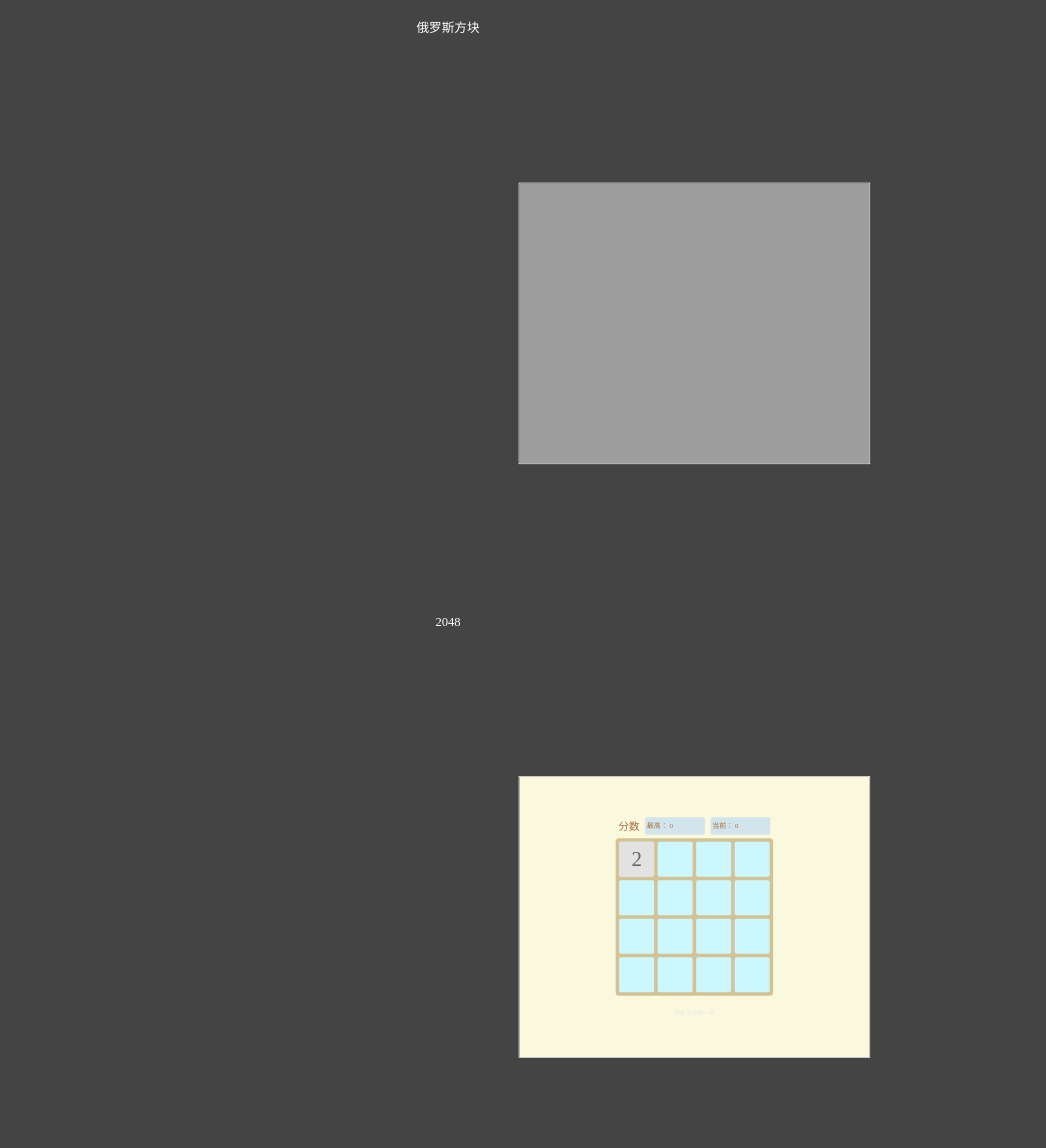
Repository: yangtengxiang/get_test
Page: game/H5/index.html
An editor plug-in stored every save of this project. The page is shown before and after the next save, followed by the edit.
The browser window is 1280 px wide. The page is 1494 px wide, then 1280 px, so the pictures cover 1494 px, including what lies to the right of the window. The pictures show the part of the page from y = 0 to 1640 px (the page is 4280 px tall), at 70% of full size.
Pictures or frames that could not be fetched are drawn as grey boxes.

Above is the page before, as saved 2020-04-29 17:43:52.

### game/H5/index.html
<!DOCTYPE html>
<html lang="zh-CN">
	<head>
		<meta name="renderer" content="webkit" />
		<meta http-equiv="Content-Type" content="text/html; charset=utf-8" />
		<meta http-equiv="X-UA-Compatible" content="IE=edge,chrome=1" />
		<meta name="viewport" content="width=device-width, initial-scale=1.0, maximum-scale=1.0, minimum-scale=1.0, user-scalable=no" />
		<meta charset="UTF-8" />
		<title>新页面</title>
		<style>
			body {
				background: #444;
			}
			.link-box {
				width: 300px;
				margin: 20px auto;
			}
			.link-box a {
				display: block;
				line-height: 40px;
				font-size: 18px;
				color: #fff;
				text-decoration: none;
				text-align: center;
			}
			.link-box a:hover {
				background: #333;
			}
			iframe {
				width: 1000px;
				height: 800px;
				border: 2px solid #fff;
				transform: scale(0.5);
			}
		</style>
	</head>
	<body>
		<div class="link-box">
			<div class="item">
				<a href="elsfk.html">俄罗斯方块</a>
				<iframe src="./elsfk.html" frameborder="0"></iframe>
			</div>
			<div class="item">
				<a href="2048.html">2048</a>
				<iframe src="./2048.html" frameborder="0"></iframe>
			</div>
			<div class="item">
				<a href="tanchishe.html">贪吃蛇</a>
				<iframe src="./tanchishe.html" frameborder="0"></iframe>
			</div>
			<div class="item">
				<a href="Sudoku_1.1.min.html">数独</a>
				<iframe src="./Sudoku_1.1.min.html" frameborder="0"></iframe>
			</div>

			<div class="item">
				<a href="Sudoku_1.1.html">数独 未压缩</a>
				<iframe src="./Sudoku_1.1.html" frameborder="0"></iframe>
			</div>
		</div>
	</body>
</html>

### game/H5/2048.html
<!DOCTYPE html>
<html  ondblclick="GamesStart()">

	<head>
		<meta charset="UTF-8">
		<title></title>
		<!--<link rel="stylesheet" type="text/css" href="css/temp.css" />-->
		<script type="text/javascript">
			var Game = true;
			function move(direction) {
				var container = document.querySelector(".container");
				var item = container.children;
				var wz = [];
				var fx, fx_reverse;
				var end;
				for(var i = 0; i < item.length; i++) {
					var obj = function() { var col; var row; var obj; }
					wz[i] = obj; wz[i]["row"] = item[i].getAttribute("row"); wz[i]["col"] = item[i].getAttribute("col"); wz[i]["obj"] = item[i];
				}
				if(direction == "top") { fx = "col"; end = false; }
				if(direction == "bottom") { fx = "col"; end = true; }
				if(direction == "left") { fx = "row"; end = false; }
				if(direction == "right") { fx = "row"; end = true; }
				fx_reverse = "row"; if(fx == "row") { fx_reverse = "col"; }
				var _return = true;
				for(var times = 1; times <= 4; times++) {
					var arr = [];
					for(var o = 0; o < wz.length; o++) { if(wz[o][fx_reverse] == times) { arr.push(wz[o]); } }
					var ky = 1; if(end) ky = 4;
					function pd(end, p) {
						if(end) { if(p > 0) return true; return false; }
						else { if(p <= 4) return true; return false; }
					}
					var i_previous = -1;
					for(var p = ky; pd(end, p); end ? (p--) : (p++)) {
						for(var i = 0; i < arr.length; i++) {
							if(arr[i][fx] == p) {
								if(arr[i_previous] == undefined) ;
								else if(arr[i].obj.innerText == arr[i_previous].obj.innerText) {
									end ? (ky++) : (ky--);
									arr[i].obj.innerText = parseInt(arr[i].obj.innerText) * 2;
									arr[i_previous].obj.remove();
									_return = false;
									if(fx == "row") { arr[i].obj.style.left = ky * 110 - 100 + "px"; arr[i].obj.setAttribute("row", ky); i_previous = i; }
									else { arr[i].obj.style.top = ky * 110 - 100 + "px"; arr[i].obj.setAttribute("col", ky); i_previous = i; }
									arr[i].obj.className = "lv_" + arr[i].obj.innerText/2;
									end ? (ky--) : (ky++);
									i_previous = undefined;
									IntegralUp(arr[i].obj.innerText);
									continue;
								}
								if(arr[i][fx] != ky) {
									_return = false;
									if(fx == "row") { arr[i].obj.style.left = ky * 110 - 100 + "px"; arr[i].obj.setAttribute("row", ky); }
									else { arr[i].obj.style.top = ky * 110 - 100 + "px"; arr[i].obj.setAttribute("col", ky); }
								}
								i_previous = i;
								end ? (ky--) : (ky++);
							}
						}
					}
				}
				if(_return) return;
				var div = document.createElement("div");
				var bool = true;
				while(bool) {
					div.setAttribute("col", parseInt(Math.random() * 4 + 1));
					div.setAttribute("row", parseInt(Math.random() * 4 + 1));
					bool = false;
					for(var i = 0; i < wz.length; i++) {
						if(div.getAttribute("row") == wz[i].obj.getAttribute("row") && div.getAttribute("col") == wz[i].obj.getAttribute("col")) { bool = true; break; }
					}
					if(!bool) break;
				}
				var ran=Math.random()+Math.random()+Math.random()+Math.random()+Math.random();
				ran*=0.2;
				div.innerText = parseInt( ran* 2 + 1)*2;
				document.querySelector(".container").appendChild(div);
				div.style.left = div.getAttribute("row") * 110 - 100 + "px";
				div.style.top = div.getAttribute("col") * 110 - 100 + "px";
				div.className = "lv_" + div.innerText/2;
				if(item.length >= 16) {
					var row = []; var col = [];
					for(var i = 1; i <= 4; i++) {
						row.push(getElementByAttr(item, "row", i));
						col.push(getElementByAttr(item, "col", i));
					}
					bool = true;
					for(var i = 1; i <= 4; i++) {
						var row = getElementByAttr(item, "row", i);
						var o_previous = getElementByAttr(row, "col", 1);
						for(var o = 2; o <= 4; o++) {
							var p = getElementByAttr(row, "col", o);
							if(o_previous[0].innerText == p[0].innerText) bool = false;
							o_previous = p;
						}
						var col = getElementByAttr(item, "col", i);
						var o_previous = getElementByAttr(col, "row", 1);
						for(var o = 2; o <= 4; o++) {
							var p = getElementByAttr(col, "row", o);
							if(o_previous[0].innerText == p[0].innerText) bool = false;
							o_previous = p;
						}
					}
					if(bool) GamesOver();
				}
			}

			function getElementByAttr(item, attr, value) {
				var aEle = [];
				for(var i = 0; i < item.length; i++) {
					if(item[i].getAttribute(attr) == value)
						aEle.push(item[i]);
				}
				return aEle;
			}
			function GamesOver() {
				Game = false;
				document.querySelector(".alert").style.display = "block";
				document.querySelector("h1").style.display = "block";
				document.querySelector("h1").innerText = document.querySelector(".cur span+span").innerText;
			}
			function GamesStart() {
				if(document.querySelectorAll(".container div").length==0){}
				else{ if(Game) return;}
				document.querySelector(".alert").style.display = "none";
				document.querySelector("h1").style.display = "none";
				var container = document.querySelector(".container");
				var divs = container.children;
				console.log(divs);
				for(var i = divs.length - 1; i >= 0; i--) {
					console.log(divs[i]);
					container.removeChild(divs[i]);

				}
				var f = document.querySelector(".Integral");
				var cur = f.children[2].children[1];
				cur.innerText = "0";
				var div = document.createElement("div");
				div.setAttribute("col", 1);
				div.setAttribute("row", 1);
				div.style.left = "10px";
				div.style.top = "10px";
				div.innerText = "2";
				div.className = "lv_1";
				container.appendChild(div);
				Game=true;
			}
			function IntegralUp(value) {
				value = parseInt(value);
				var f = document.querySelector(".Integral");
				var max = f.children[1].children[1];
				var cur = f.children[2].children[1];
				cur.innerText = parseInt(cur.innerText + "") + value;
				if(parseInt(cur.innerText) > parseInt(max.innerText)) max.innerText = cur.innerText;
			}
			function remove_lv(value) {
				var div = document.querySelectorAll(".lv_" + value);
				for(var i = div.length - 1; i >= 0; i--) {
					div[i].remove();
				}
			}
			function remove_XY(x, y) {
				var item = document.querySelectorAll(".container div");
				var row = getElementByAttr(item, "row", x);
				var col = getElementByAttr(row, "col", y);
				col.remove();
			}
			function remove_lv_2_4_8_16() {
				var div = document.querySelectorAll(".lv_1,.lv_2,.lv_4,.lv_8");
				for(var i = div.length - 1; i >= 1; i--) {
					div[i].remove();
				}
			}
			document.onkeydown=KeyEvent;
			function KeyEvent(e) {
				//console.log(e);
				if(e.shiftKey && e.code == "Delete") {
					remove_lv_2_4_8_16();
				}
				if(e.code == "Space") {
					GamesStart();
				}
				if(!Game) return;
				if(e.code == "ArrowUp") {
					move("top");
				}
				if(e.code == "ArrowDown") {
					move("bottom");
				}
				if(e.code == "ArrowLeft") {
					move("left");
				}
				if(e.code == "ArrowRight") {
					move("right");
				}

			}
		</script>
		<style type="text/css">
			*{ margin: 0; padding: 0; font-family: "微软雅黑"; list-style: none;  }
			body{overflow: hidden;background: #FAF9DE    ;}
			.f{width: 2em !important;font-size: 30px;flex: 0 0 auto !important;background: none !important;}
			.Integral{ position: absolute; right: 0; top: -60px; height: 50px; font-size: 20px; color: #A96E3E; display: flex; line-height: 50px; width: 450px; }
			.Integral p{ flex: 1 1 auto; margin: 0 8px; background: #D2E5EC; border-radius:5px ; width: 5em; }
			.Integral p span:first-child{ padding: 0 5px; }
			.alert{ position: absolute; top: 0; left: 0; width: 450px; height: 450px; background: #D0D0D0; opacity: 0.66; z-index: 998; border-radius:5px ; display: flex; flex: 0 0 auto; }
			h1{ background: #153B26; border-radius:10px ; padding: 10px; font-size: 50px; position: absolute; top: 0; bottom: 0; left: 0; right: 0; margin: 100px auto; text-align: center; height: 1em; line-height: 1em; opacity: 2; width: 4em; z-index: 999; color: #D8C818; }
			.main{width: 450px; height: 450px; margin: auto;position: absolute;top: 0;bottom: 0;left: 0;right: 0;}
			.main .bg{ width: 430px; height: 430px; border: 10px solid #D3C294; background: #D3C294; border-radius:10px ; position: relative;  }
			.main .bg div{width: 100px; height: 100px; margin-left:10px ;background: #CCF7FF;border-radius:5px ;float: left;}
			.main .bg div:nth-child(n+5){margin-top: 10px;}
			.main .bg div:nth-child(4n+1){margin-left: 0;}
			.main .container{ width: 450px; height: 450px; position: absolute; top: 0; left: 0;  }
			.main .container div{ width: 100px; height: 100px; border-radius: 5px; position: absolute; }

			.main .container div{ text-align: center; line-height: 100px; transition: 200ms; }
			.lv_1{ background: #E2E2E2; /*灰*/ }
			.lv_2{ background: #9DA983;  /*浅色-*/}
			.lv_4{  background: #E4C2D2; /*浅色-*/}
			.lv_8{  background: #7996C2;  /*有点深的颜色-*/}
			.lv_16{ background: #273542;  /*灰蓝-*/}
			.lv_32{ background: #D2994C;  /*琥珀色-*/}
			.lv_64{ background: #017666; /*绿*/ }
			.lv_128{ background: #FDEE71;  /*黄*/}
			.lv_256{ background: #343233; /*深灰-*/}
			.lv_512{ background: #065C8B;  /*蓝*/}
			.lv_1024{ background: #D63449;  /*红-*/ }
			.lv_2048{ background: #E31E15;  /*红-*/}
			.lv_4096{ background: #370508;  /*玄色-*/}
			.lv_8192{ background: #FFED42;  /*黄-*/}
			.lv_16384{/*应该没用*/ background: #75BBDD; /*蓝-*/ }

			.lv_1,.lv_2,.lv_4,.lv_8{color: #666666;font-size: 60px;}
			.lv_16, .lv_32, .lv_64{color: #5AE4D5;font-size: 50px;}
			.lv_128, .lv_256, .lv_512{ color: #B84C4C; font-size: 40px;}
			.lv_1024, .lv_2048, .lv_4096, .lv_8192{ color: #695631; font-size: 30px;}

			.foot{ margin: auto; position: absolute; bottom: -60px; left: 0; right: 0; text-align: center; color: #E6E6E6; }

		</style>
	</head>

	<body>

		<div class="main">
			<div class="Integral">
				<p class="f">分数</p>
				<p class="max"><span>最高：</span><span>0</span></p>
				<p class="cur"><span>当前：</span><span>0</span></p>
			</div>
			<div class="alert" style="display: none;"></div>
			<h1 style="display: none;">0000</h1>
			<div class="bg">
				<div></div>
				<div></div>
				<div></div>
				<div></div>
				<div></div>
				<div></div>
				<div></div>
				<div></div>
				<div></div>
				<div></div>
				<div></div>
				<div></div>
				<div></div>
				<div></div>
				<div></div>
				<div></div>
			</div>
			<div class="container">
				<div row="1" col="1" style="top: 10px;left: 10px;" class="lv_1">
					2
				</div>

			</div>
			<div class="foot"  ondblclick="remove_lv_1248()">作者:天字第一号</div>
		</div>
	</body>
	<script>
		var startx, starty;
		function getAngle(angx, angy) {
			return Math.atan2(angy, angx) * 180 / Math.PI;
		};
		function getDirection(startx, starty, endx, endy) {
			var angx = endx - startx;
			var angy = endy - starty;
			var result = 0;
			if(Math.abs(angx) < 1 && Math.abs(angy) < 1) {
				return result;
			}
			var angle = getAngle(angx, angy);
			if(angle >= -135 && angle <= -45) {
				result = 1;
			} else if(angle > 45 && angle < 135) {
				result = 2;
			} else if((angle >= 135 && angle <= 180) || (angle >= -180 && angle < -135)) {
				result = 3;
			} else if(angle >= -45 && angle <= 45) {
				result = 4;
			}
			return result;
		}
		document.addEventListener("touchstart", function(e) {
			startx = e.touches[0].pageX;
			starty = e.touches[0].pageY;
		}, false);
		document.addEventListener("touchend", function(e) {
			var endx, endy;
			endx = e.changedTouches[0].pageX;
			endy = e.changedTouches[0].pageY;
			var direction = getDirection(startx, starty, endx, endy);
			switch(direction) {
				case 0:  break;
				case 1: move("top"); break;
				case 2: move("bottom"); break;
				case 3: move("left"); break;
				case 4: move("right"); break;
				default:
			}
		}, false);
	</script>
</html>

Loaded but not shown: game/H5/Sudoku_1.1.html (1131 lines, source omitted); game/H5/Sudoku_1.1.min.html (53 lines, source omitted)

After the next save:
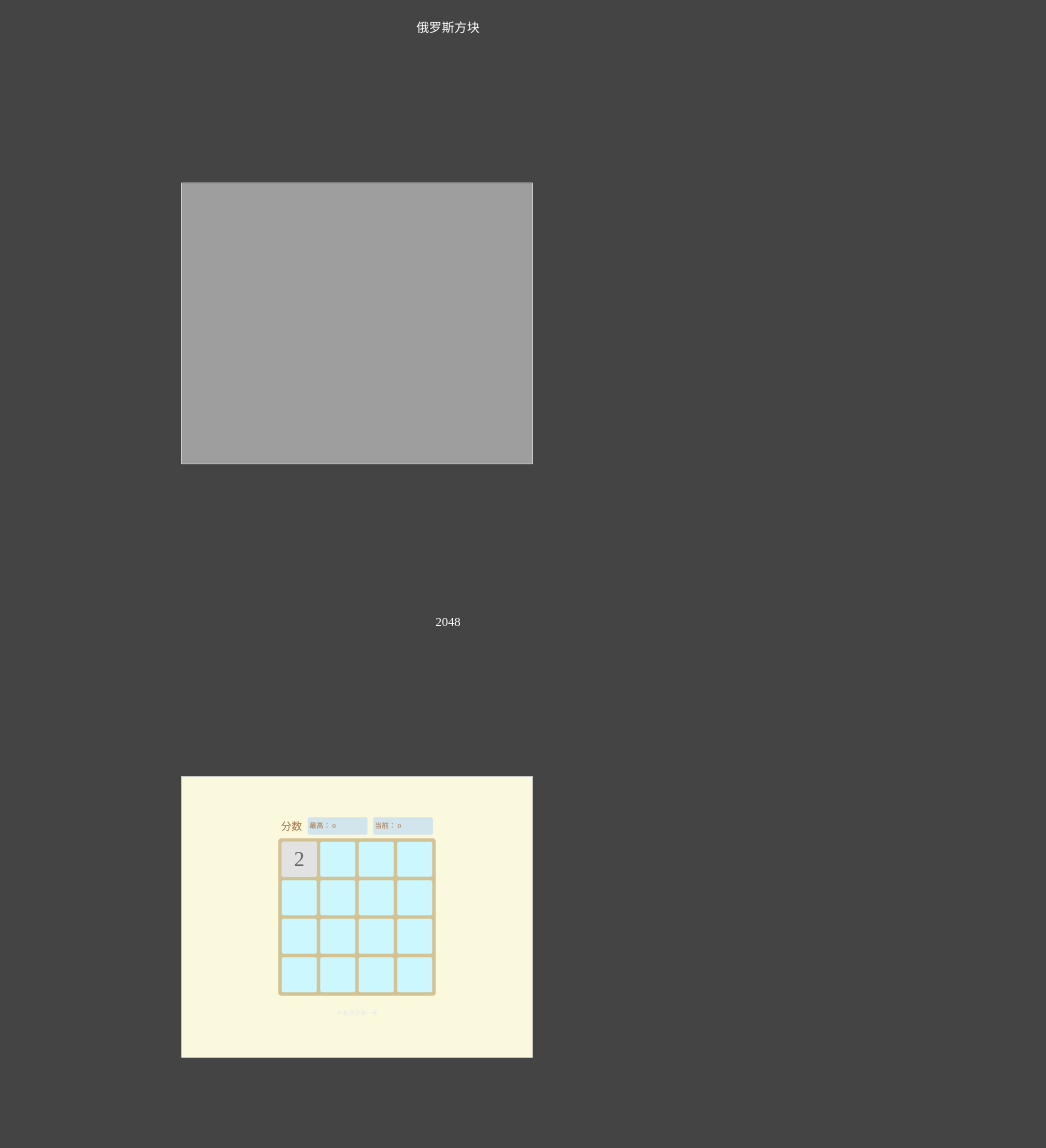
Saved 99 s later.
--- a/game/H5/index.html
+++ b/game/H5/index.html
@@ -12,7 +12,6 @@
 				background: #444;
 			}
 			.link-box {
-				width: 300px;
 				margin: 20px auto;
 			}
 			.link-box a {
